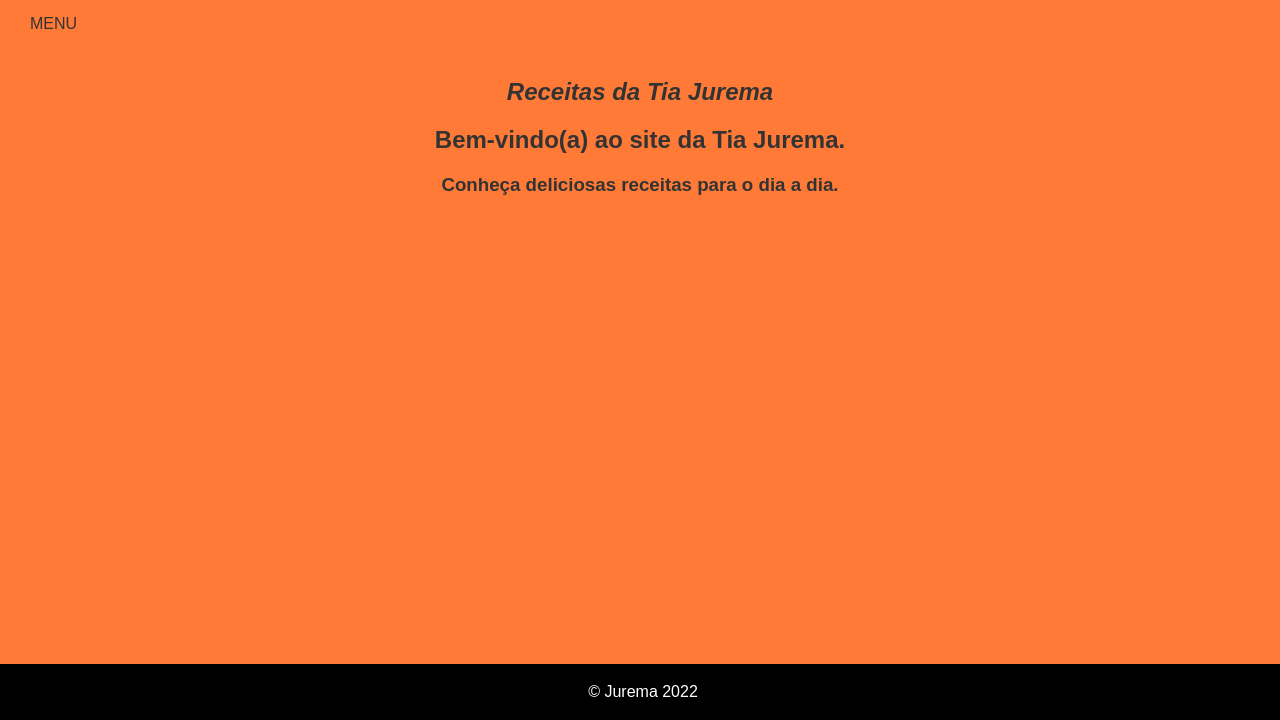
Repository: devropaes/RECEITAS
Page: OneDrive/Área de Trabalho/Estudos/Estácio/receitas/home.html
An editor plug-in stored every save of this project. The page is shown before and after the next save, followed by the edit.
The browser window is 1280 px wide. The pictures show the whole page.

Above is the page before, as saved 2024-03-09 11:03:25.

### OneDrive/Área de Trabalho/Estudos/Estácio/receitas/home.html
<!DOCTYPE html>
<html lang="pt-br" class= "geolocation webworkers canvas video webanimations preserve3d supports no-touchevents cssfilters flexbox csstransforms dynamicscrollevents videoupload">
<head>
    <meta charset="UTF-8">
    <meta name="viewport" content="width=device-width, initial-scale=1.0">
    <meta http-equiv=Rresh content="0"; URL="/noscript"><meta name=google-site-verification content=XYO55ZpIpcrJHnE4syh6g2qvOn25m2y3g5cDFUJ0T30>

    <title>Receitas da Tia Jurema</title>
    <link rel="stylesheet" href="./formatos.css">
    </head>

    <body>
    <header class="cabecalho">
      <nav class="cabecalho__menu">
          <a class="cabecalho__menu__link" href="index.html">MENU</a>
      </nav>
      </head>
      <main class="apresentacao">
        <section class="apresentacao__conteudo">
            <h1 class="apresentacao__conteudo__titulo">
              <i class="fa-duotone fa-utensils"> Receitas da Tia Jurema </i>
              <strong Receitas da Tia Jurema ></strong> </h1>
            <h2>Bem-vindo(a) ao site da Tia Jurema.</h2>
            <h3>Conheça deliciosas receitas para o dia a dia.</h3>
        </main>

            <footer class="rodape">
               <p>&copy; Jurema 2022 </p>
            </footer>

</body>
</html>

### OneDrive/Área de Trabalho/Estudos/Estácio/receitas/formatos.css
/*https://fontawesome.com/icons/utensils?f=classic&s=solid formatos.css */

body {
    font-family: Arial, sans-serif;
    margin: 0;
    padding: 0;
    background-color: #FE7A36;
}

.cabecalho {
    background-color: #FE7A36;
    color: #333;
    padding: 10px;
    text-align: center;
}

.cabecalho__menu {
    background-color: #FE7A36;
    display: flex;
    justify-content: left;
    color:black;

}

.cabecalho__menu__link {
    color: #333;
    text-decoration: none;
    padding: 5px 10px;
    margin: 0 10px;
}

.apresentacao {
    background-color: #FE7A36;
    text-align: center;
    padding: 20px;
}

.apresentacao__conteudo {
    max-width: 600px;
    margin: 0 auto;
}

.apresentacao__conteudo__titulo {
    color: #333;
}


.rodape {
    background-color: #000;
    color: #fff;
    text-align: center;
    padding: 3px;
    position: fixed;
    left: 0; /* Alteração aqui para fixar o rodapé no lado esquerdo */
    bottom: 0;
    width: 100%;
    margin: 0;
    max-width: 100%;
}

After the next save:
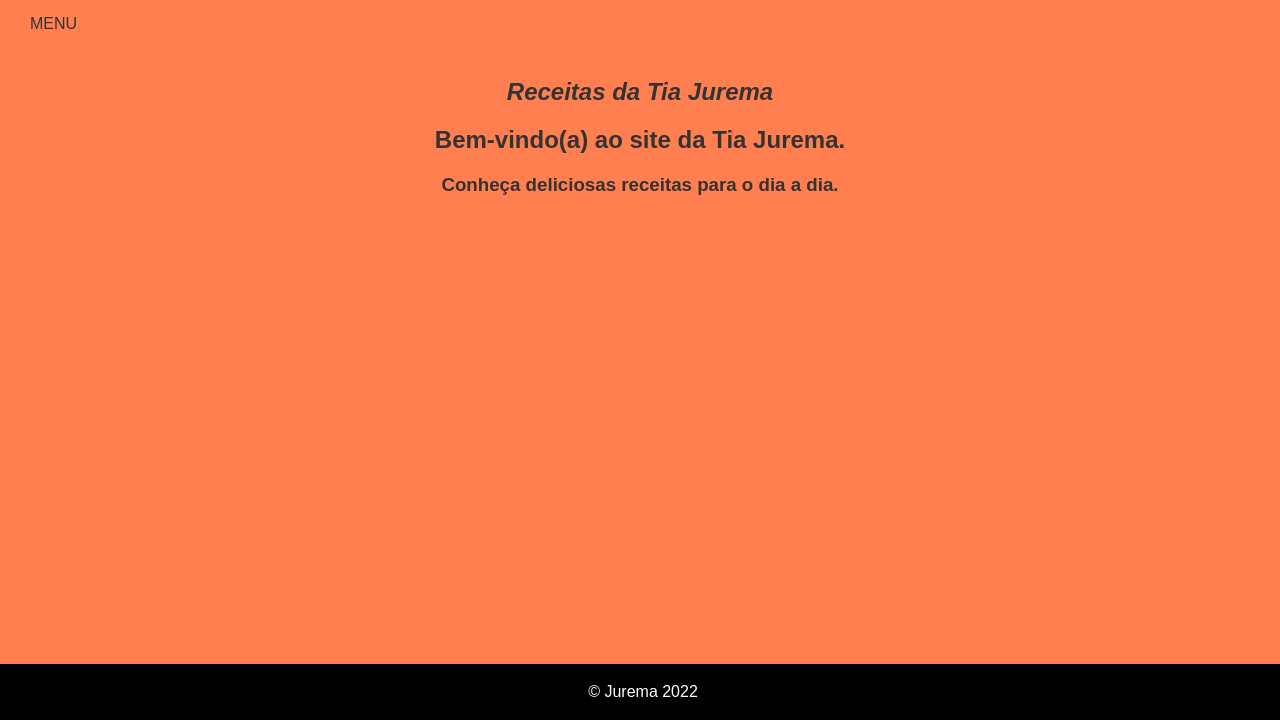
Saved 67 min 17 s later.
--- a/OneDrive/Área de Trabalho/Estudos/Estácio/receitas/formatos.css
+++ b/OneDrive/Área de Trabalho/Estudos/Estácio/receitas/formatos.css
@@ -4,18 +4,18 @@ body {
     font-family: Arial, sans-serif;
     margin: 0;
     padding: 0;
-    background-color: #FE7A36;
+    background-color:#ff7f50;
 }
 
 .cabecalho {
-    background-color: #FE7A36;
+    background-color:#ff7f50;
     color: #333;
     padding: 10px;
     text-align: center;
 }
 
 .cabecalho__menu {
-    background-color: #FE7A36;
+    background-color:#ff7f50;
     display: flex;
     justify-content: left;
     color:black;
@@ -30,7 +30,7 @@ body {
 }
 
 .apresentacao {
-    background-color: #FE7A36;
+    background-color: #ff7f50;
     text-align: center;
     padding: 20px;
 }
